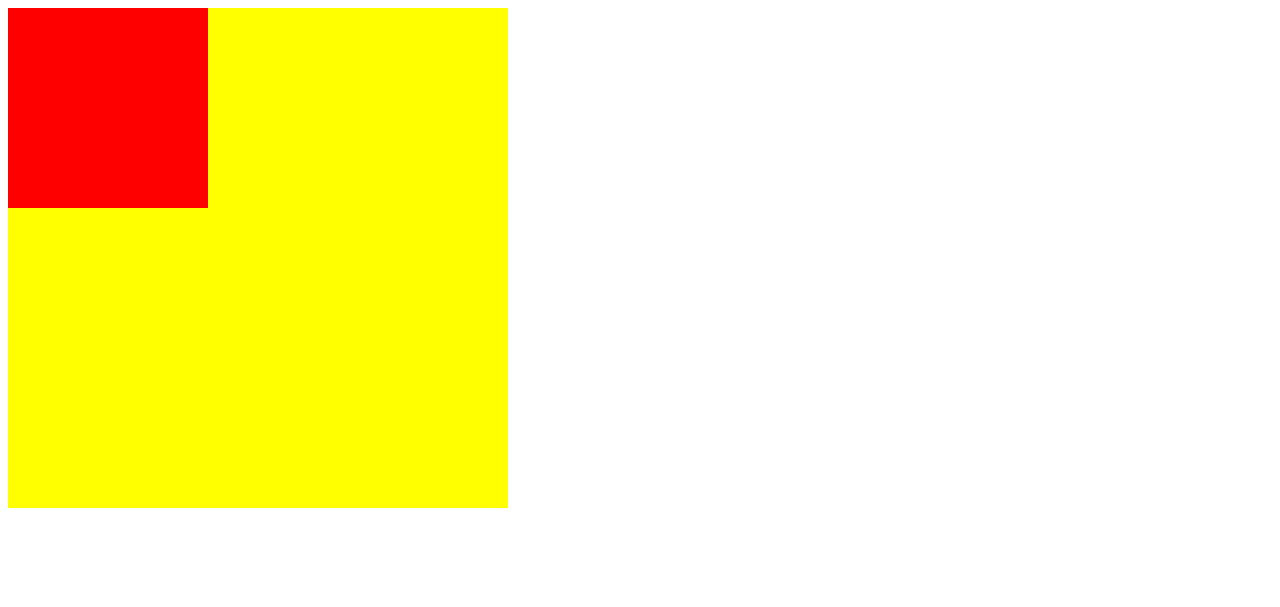
Repository: hminah0215/bitcamp
Page: http://localhost/day0218/exam02/ex03.jsp
These files come from the project's save history. The page is drawn as it stood at one moment and after the next save; the edit follows.
The browser window is 1280 px wide. The pictures show the whole page.
The page is served by Tomcat 9.

Above is the page before, as saved 2020-02-18 01:42:03.

### save_eclipse/day0218/WebContent/exam02/ex03.jsp
<%@ page language="java" contentType="text/html; charset=UTF-8"
    pageEncoding="UTF-8"%>
<!DOCTYPE html>
<html>
<head>
<meta charset="UTF-8">
<title>Insert title here</title>
<style type="text/css">
	#parent{width: 500px; height: 500px; background: yellow; }
	#child{width: 200px; height: 200px; background: red;}
</style>
</head>
<body>
	<div id="parent">
		<div id="child"></div>
	</div>
</body>
</html>

After the next save:
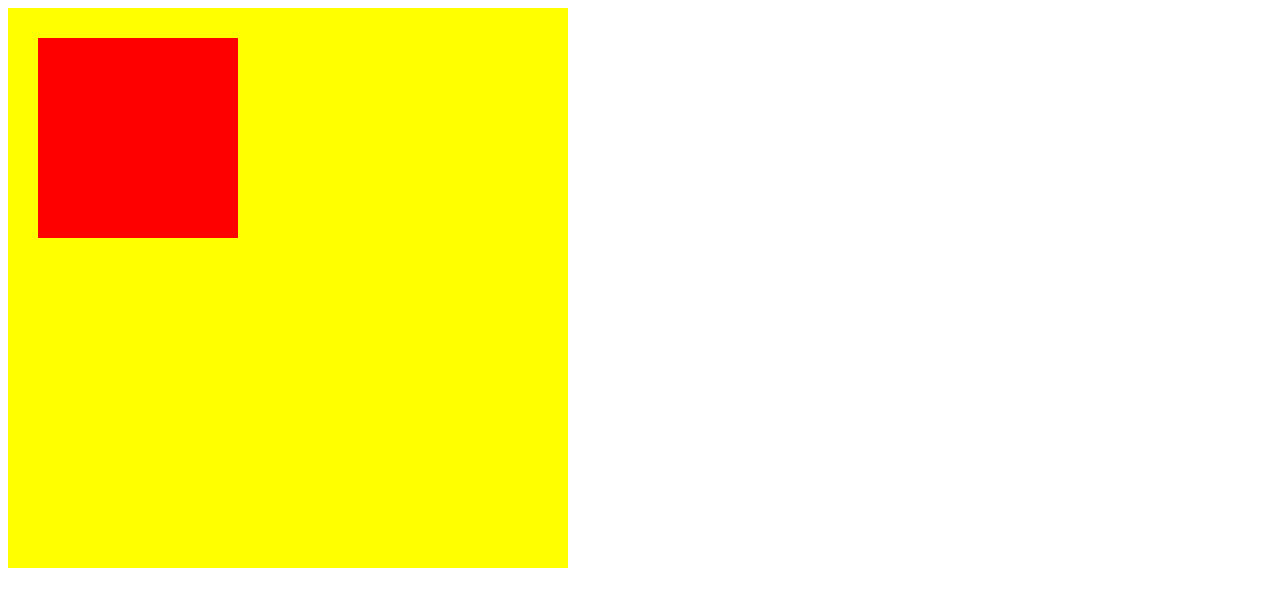
Saved 83 s later.
--- a/save_eclipse/day0218/WebContent/exam02/ex03.jsp
+++ b/save_eclipse/day0218/WebContent/exam02/ex03.jsp
@@ -6,7 +6,7 @@
 <meta charset="UTF-8">
 <title>Insert title here</title>
 <style type="text/css">
-	#parent{width: 500px; height: 500px; background: yellow; }
+	#parent{width: 500px; height: 500px; background: yellow; padding: 30px;}
 	#child{width: 200px; height: 200px; background: red;}
 </style>
 </head>
